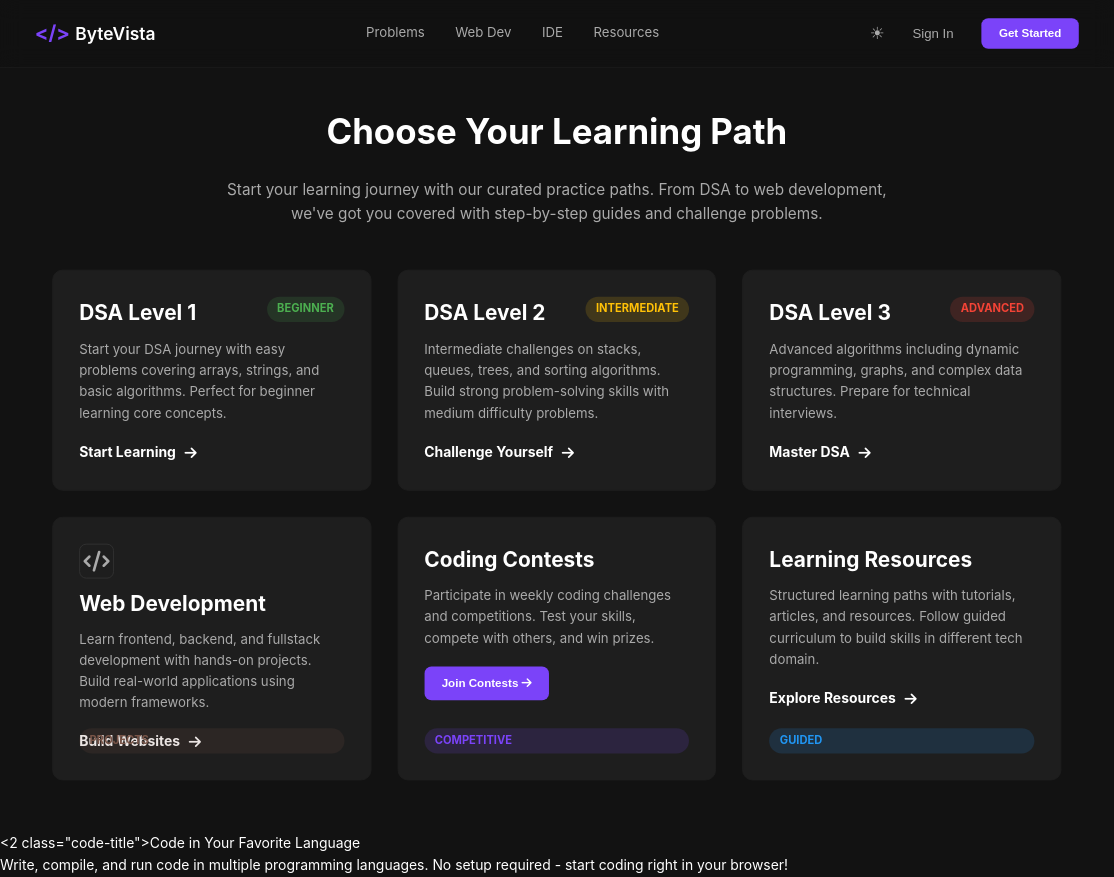
Repository: biswaranjansatapathy2005-lang/ByteVista
Page: frontend/course/course.html
An editor plug-in stored every save of this project. The page is shown before and after the next save, followed by the edit.
The browser window is 1280 px wide. The pictures show the whole page, at 87% of full size.

Above is the page before, as saved 2025-12-13 02:51:47.

After the next save:
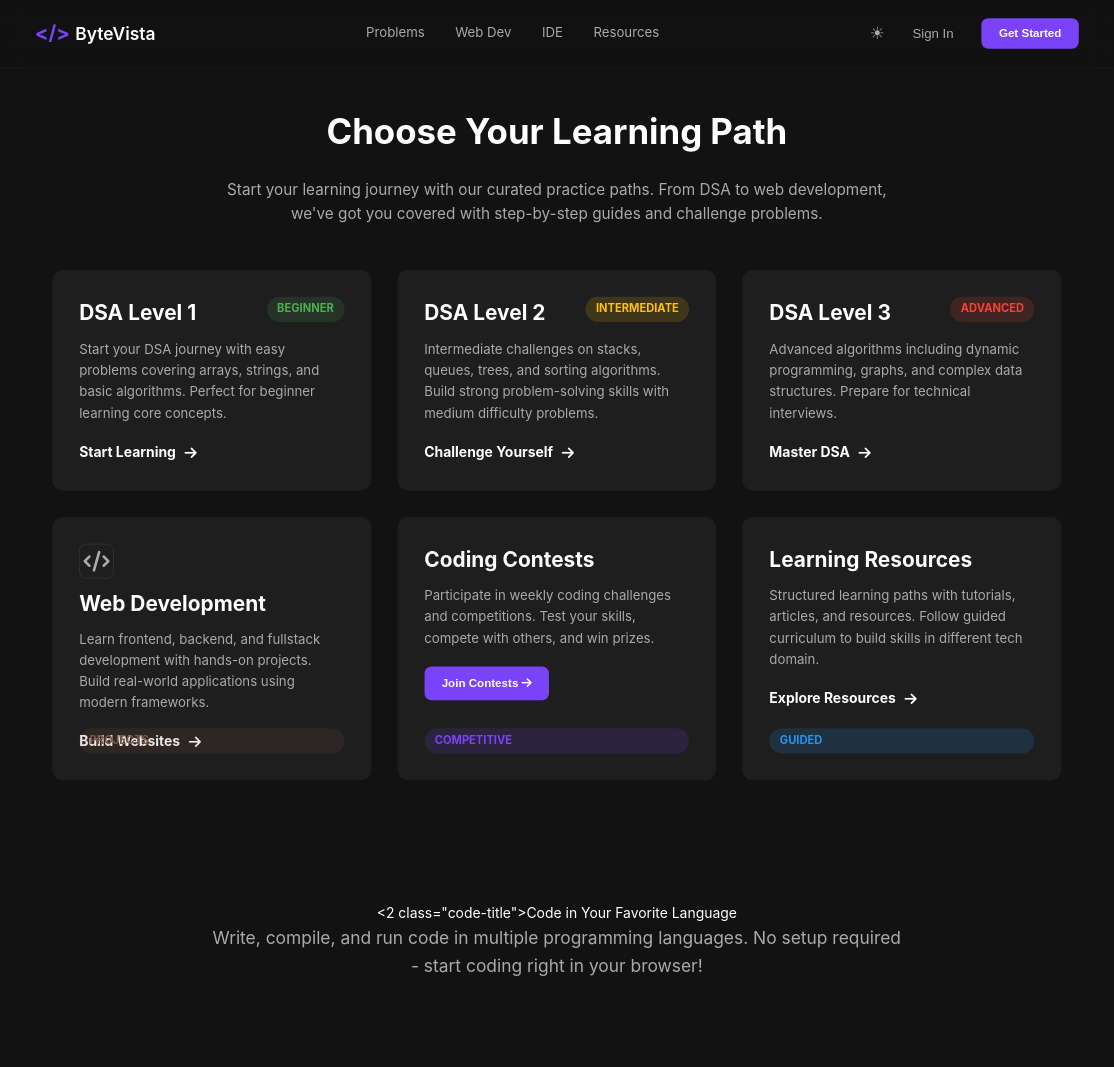
Saved 12 s later.
--- a/frontend/course/course.css
+++ b/frontend/course/course.css
@@ -306,3 +306,24 @@
     background: #9c6eff;
     transform: scale(1.02);
 }
+
+/* Code Section */
+.code-section {
+    text-align: center;
+    padding: 80px 0 100px;
+}
+
+.code-title {
+    font-size: 3rem;
+    margin-bottom: 15px;
+    background: linear-gradient(90deg, #7b43f9, #a06eff);
+    background-clip: text;
+    -webkit-text-fill-color: transparent;
+}
+
+.code-subtitle {
+    font-size: 1.25rem;
+    color: var(--color-text-secondary);
+    max-width: 800px;
+    margin: 0 auto;
+}
